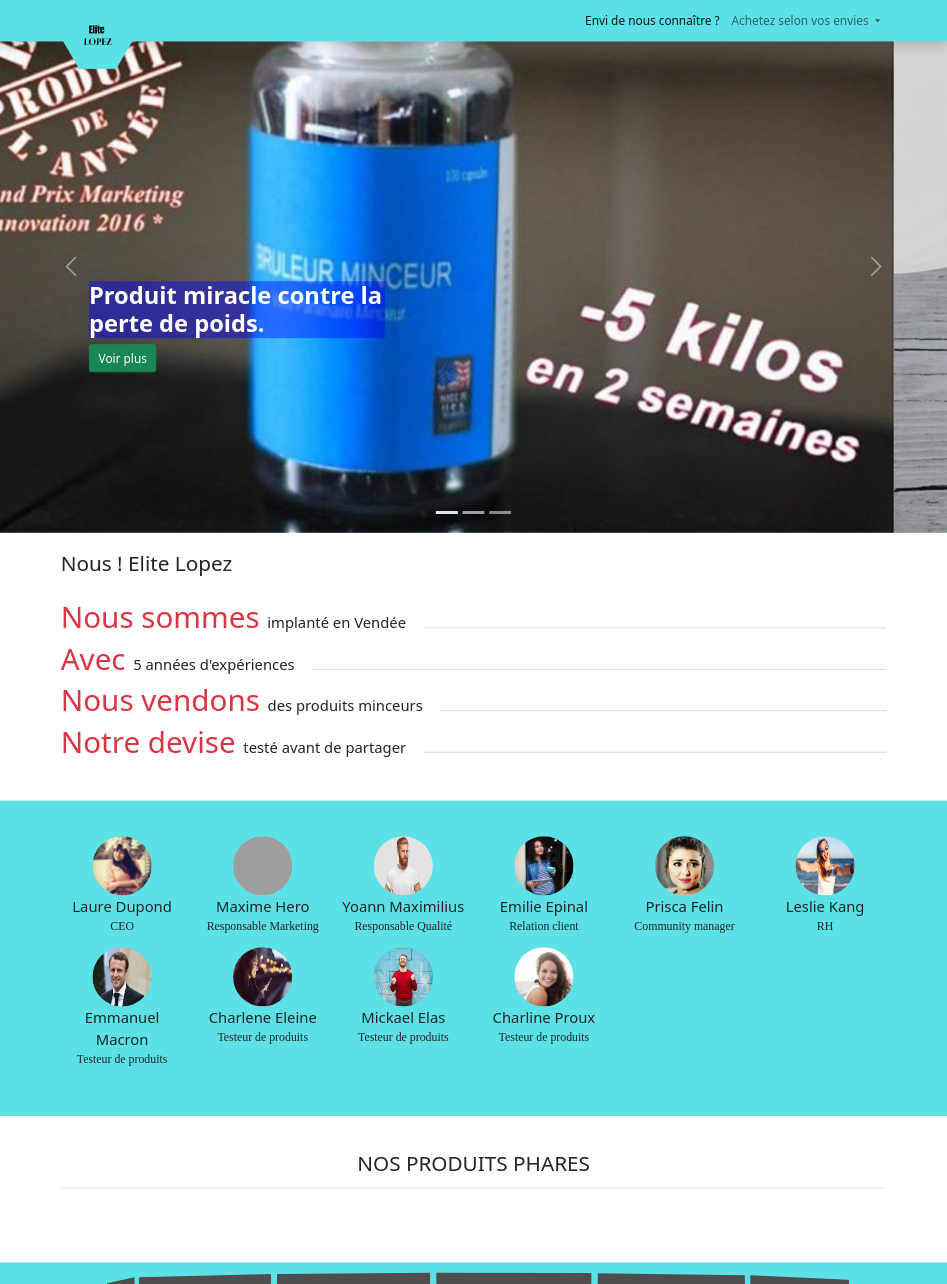
Repository: ypiard85/elitlopez
Page: index.html
An editor plug-in stored every save of this project. The page is shown before and after the next save, followed by the edit.
The browser window is 1280 px wide. The pictures show the part of the page from y = 0 to 1735 px (the page is 4165 px tall before and 4565 px after), at 74% of full size.
Pictures or frames that could not be fetched are drawn as grey boxes.

Above is the page before, as saved 2021-04-13 12:32:40.

### index.html
<!DOCTYPE html>
<html lang="en">
<head>
    <meta charset="UTF-8">
    <meta http-equiv="X-UA-Compatible" content="IE=edge">
    <meta name="viewport" content="width=device-width, initial-scale=1.0">
    <link rel="stylesheet" href="https://use.fontawesome.com/releases/v5.15.3/css/all.css" integrity="sha384-SZXxX4whJ79/gErwcOYf+zWLeJdY/qpuqC4cAa9rOGUstPomtqpuNWT9wdPEn2fk" crossorigin="anonymous">
    <link rel="stylesheet" href="asset/css/style.css">
    <link rel="stylesheet" href="asset/css/carousel.css">
    <script src="https://code.jquery.com/jquery-3.6.0.js" integrity="sha256-H+K7U5CnXl1h5ywQfKtSj8PCmoN9aaq30gDh27Xc0jk=" crossorigin="anonymous"></script>
    <!-- CSS only -->
<link href="https://cdn.jsdelivr.net/npm/bootstrap@5.0.0-beta3/dist/css/bootstrap.min.css" rel="stylesheet" integrity="sha384-eOJMYsd53ii+scO/bJGFsiCZc+5NDVN2yr8+0RDqr0Ql0h+rP48ckxlpbzKgwra6" crossorigin="anonymous">
    <title>Document</title>
</head>
<body>


    <nav class="navbar navbar-expand-lg navbar-light position-fixed w-100 shadow">
        <div class="container">
          <a class="navbar-brand" href="index.html">
              <img src="./asset/images/elitelopez.png" alt="">
          </a>
          <p class="navbar-toggler" type="button" data-bs-toggle="collapse" data-bs-target="#navbarNavDropdown" aria-controls="navbarNavDropdown" aria-expanded="false" aria-label="Toggle navigation">
            <span class="navbar-toggler-icon"></span>
          </p>
          <div class="collapse navbar-collapse" id="navbarNavDropdown">
            <ul class="navbar-nav">
              <li class="nav-item">
                <a class="nav-link active" aria-current="page" href="index.html">Envi de nous connaître ?</a>
              </li>
              <li class="nav-item dropdown">
                <a class="nav-link dropdown-toggle" href="#" id="navbarDropdownMenuLink" role="button" data-bs-toggle="dropdown" aria-expanded="false">
                    Achetez selon vos envies
                </a>
                <ul class="dropdown-menu" aria-labelledby="navbarDropdownMenuLink">
                  <li><a class="dropdown-item" href="nutrifii.html">Nutrifii</a></li>
                </ul>
              </li>
            </ul>
          </div>
        </div>
      </nav>



      <div id="carouselExampleIndicators" class="carousel slide" data-bs-ride="carousel">
        <div class="carousel-indicators">
          <button type="button" data-bs-target="#carouselExampleIndicators" data-bs-slide-to="0" class="active" aria-current="true" aria-label="Slide 1"></button>
          <button type="button" data-bs-target="#carouselExampleIndicators" data-bs-slide-to="1" aria-label="Slide 2"></button>
          <button type="button" data-bs-target="#carouselExampleIndicators" data-bs-slide-to="2" aria-label="Slide 3"></button>
        </div>
        <div class="carousel-inner">
          <div class="carousel-item active">
            <img src="./asset/images/3e2c87f607513b0adb15fb397ea247c5-1519918932.jpg" class="d-block w-100" alt="...">
            <div class="carousel-caption d-md-block">
                <h2>Produit miracle contre la perte de poids.</h2>
                <a href="#" class="btn btn-success ">Voir plus</a>
              </div>
        </div>
          <div class="carousel-item">
            <img src="./asset/images/anaca3_test_minceur_blog.jpg" class="d-block w-100" alt="...">
            <div class="carousel-caption d-md-block">
                <h2>Découvrez nos produit Anaga 3</h2>
                <a href="#" class="btn btn-primary">Voir plus</a>
              </div>
        </div>
          <div class="carousel-item">
            <img src="./asset/images/61HFRG-hiiL._AC_SX522_.jpg" class="d-block w-100" alt="...">
            <div class="carousel-caption d-md-block">
                <h2>NOUVEAU Produit minceur révolutionnaire</h2>
                <a href="#" class="btn btn-info">Voir plus</a>
              </div>
        </div>
        </div>
        <button class="carousel-control-prev" type="button" data-bs-target="#carouselExampleIndicators" data-bs-slide="prev">
          <span class="carousel-control-prev-icon" aria-hidden="true"></span>
          <span class="visually-hidden">Previous</span>
        </button>
        <button class="carousel-control-next" type="button" data-bs-target="#carouselExampleIndicators" data-bs-slide="next">
          <span class="carousel-control-next-icon" aria-hidden="true"></span>
          <span class="visually-hidden">Next</span>
        </button>
      </div>

      <div class="container">
          <section class="about">
              <h3 class="py-4">Nous ! Elite Lopez</h3>
            <div class="d-flex about_option">
                  <h1 class="text-danger pe-4">Nous sommes <span class="text-dark fs-5">implanté en Vendée</span></h1>
                  <div></div>
            </div>
            <div class="d-flex about_option">
                  <h1 class="text-danger pe-4">Avec <span class="text-dark fs-5">5 années d'expériences</span></h1>
                  <div></div>
            </div>
            <div class="d-flex about_option">
                  <h1 class="text-danger pe-4">Nous vendons <span class="text-dark fs-5">des produits minceurs</span></h1>
                  <div></div>
            </div>
            <div class="d-flex about_option">
                  <h1 class="text-danger pe-4">Notre devise  <span class="text-dark fs-5">testé avant de partager</span></h1>
                  <div></div>
            </div>
        </section>
    </div>

    <section class="employes_section container-fluid py-5 mt-5">
        <div class="container">
            <div class="row col-section">
                <div class="col-md-2 col-6">
                    <div class="employes">
                        <img src="./asset/images/f4813b77d573f89f265348264cd491d7.jpg" alt="">
                        <p class="fs-5 mb-0">Laure Dupond</p>
                        <p class="fonction">CEO</p>
                    </div>
                </div>
                <div class="col-md-2 col-6">
                    <div class="employes">
                        <img src="./asset/images/profile1.jpg" alt="">
                        <p class="fs-5 mb-0">Maxime Hero</p>
                        <p class="fonction">Responsable Marketing</p>
                    </div>
                </div>
                <div class="col-md-2 col-6">
                    <div class="employes">
                        <img src="./asset/images/profil2.jpg" alt="">
                        <p class="fs-5 mb-0">Yoann Maximilius</p>
                        <p class="fonction">Responsable Qualité</p>
                    </div>
                </div>
                <div class="col-md-2 col-6">
                    <div class="employes">
                        <img src="./asset/images/photo-profil.jpg" alt="">
                        <p class="fs-5 mb-0">Emilie Epinal</p>
                        <p class="fonction">Relation client</p>
                    </div>
                </div>
                <div class="col-md-2 col-6">
                    <div class="employes">
                        <img src="./asset/images/profil3.jpg" alt="">
                        <p class="fs-5 mb-0">Prisca Felin</p>
                        <p class="fonction">Community manager</p>
                    </div>
                </div>
                <div class="col-md-2 col-6">
                    <div class="employes">
                        <img src="./asset/images/profil4.jpg" alt="">
                        <p class="fs-5 mb-0">Leslie Kang</p>
                        <p class="fonction">RH</p>
                    </div>
                </div>
                <div class="col-md-2 col-6">
                    <div class="employes">
                        <img src="./asset/images/emmanuel-macron.jpeg" alt="">
                        <p class="fs-5 mb-0">Emmanuel Macron</p>
                        <p class="fonction">Testeur de produits</p>
                    </div>
                </div>
                <div class="col-md-2 col-6">
                    <div class="employes">
                        <img src="./asset/images/profil5.jpg" alt="">
                        <p class="fs-5 mb-0">Charlene Eleine</p>
                        <p class="fonction">Testeur de produits</p>
                    </div>
                </div>
                <div class="col-md-2 col-6">
                    <div class="employes">
                        <img src="./asset/images/profil6.jpg" alt="">
                        <p class="fs-5 mb-0">Mickael Elas</p>
                        <p class="fonction">Testeur de produits</p>
                    </div>
                </div>
                <div class="col-md-2 col-6">
                    <div class="employes">
                        <img src="./asset/images/profil7.jpg" alt="">
                        <p class="fs-5 mb-0">Charline Proux</p>
                        <p class="fonction">Testeur de produits</p>
                    </div>
                </div>
            </div>
        </div>
    </section>


    <section class="container">
        <h3 class="border-bottom text-center pt-5 pb-3">NOS PRODUITS PHARES</h3>

        <div class="container-carousel">
            <div class="carousel-two">
                <div class="carousel__face"><span>This is something</span></div>
                <div class="carousel__face"><span>Very special</span></div>
                <div class="carousel__face"><span>Special is the key</span></div>
                <div class="carousel__face"><span>For you</span></div>
                <div class="carousel__face"><span>Just give it</span></div>
                <div class="carousel__face"><span>A try</span></div>
                <div class="carousel__face"><span>And see</span></div>
                <div class="carousel__face"><span>How IT Works</span></div>
                <div class="carousel__face"><span>Woow</span></div>
            </div>
        </div>

    </section>

    <section class="actu">
        <div class="container">
            <h3 class="border-bottom text-center pt-5 pb-3">NOS DERNIERS ACTUALITES</h3>

            <div class="row mt-5">
                <div class="col-md-4">
                    <div class="card">
                        <ul class="list-group list-group-flush">
                            <li class="list-group-item title text-center fw-bold fs-3">Partenariat commerciale</li>
                            <li class="list-group-item py-5">Aujourd'hui lors de notre invitation à l'évènement
                                Blue - beauty, nous avons signer un nouveau partenariat avec l'entreprise JS-Main, pour promouvoir leurs produits </li>
                            <li class="list-group-item date text-center fw-bold">10 Avril 2021</li>
                        </ul>
                    </div>
                </div>
                <div class="col-md-4">
                    <div class="card">
                        <ul class="list-group list-group-flush">
                            <li class="list-group-item title text-center fw-bold fs-3">Recrutement<li>
                            <li class="list-group-item py-5">
                                Nous organisons un job dating le 11 mai 2021
                                afin de renforcer notre équipe.
                                <br><br>
                                Lieux : Salle des fêtes de la roche sur yon
                            </li>
                            <li class="list-group-item date text-center fw-bold">7 Avril 2021</li>
                        </ul>
                    </div>
                </div>
                <div class="col-md-4">
                    <div class="card">
                        <ul class="list-group list-group-flush">
                            <li class="list-group-item title text-center fw-bold fs-3">COVID 19</li>
                            <li class="list-group-item py-5">
                                Pendant cette période difficile,
                                sachez, cher clients, que nous restons mobilisé à vos côtés
                            </li>
                            <li class="list-group-item date text-center fw-bold">24 Janvier 2020</li>
                        </ul>
                    </div>
                </div>
            </div>

        </div>

    </section>


    <section class="insta">
        <div class="container">
            <h3 class="border-bottom text-center pt-5 pb-3">INSTAGRAM</h3>
            <div class="row mt-5">
                <div class="col-md-6 mb-4">
                    <a href="https://www.instagram.com/yoann_piard/?hl=fr">
                        <img class="shadow" src="./asset/images/insta.jpg" alt="">
                    </a>
                </div>
                <div class="col-md-6 mb-4">
                    <a href="https://www.instagram.com/yoann_piard/?hl=fr"></a>
                        <img class="shadow"  src="./asset/images/insta2.jpg" alt="">
                    </a>
                </div>
                <div class="col-md-12 mb-4 text-center">
                    <a href="https://www.instagram.com/yoann_piard/?hl=fr">
                        <img class="shadow"  src="./asset/images/insta3.jpg" alt="">
                    </a>

                </div>
            </div>
        </div>
    </section>

    <section class="contact">
        <div class="container">
            <div class="row mt-5">
                <div class="col-md-6 mb-4">
                    <h3 class="border-bottom text-center mb-5">CONTACT</h3>
                    <form action="">
                        <div class="mb-3">
                            <input type="text" class="form-control" id="exampleFormControlInput1" placeholder="Nom - Prenom">
                          </div>
                        <div class="mb-3">
                            <input type="email" class="form-control" id="exampleFormControlInput1" placeholder="votre@email.fr">
                          </div>
                        <div class="mb-3">
                            <input type="tel" class="form-control" id="exampleFormControlInput1" placeholder="tel : 0210411020">
                          </div>
                          <div class="mb-3">
                            <textarea class="form-control" id="exampleFormControlTextarea1" placeholder="Votre message" rows="5"></textarea>
                          </div>
                          <div class="mb-3">
                              <button type="submit" class="btn btn-success">Envoyer</button>
                          </div>
                    </form>
                </div>
                <div class="col-md-6">
                    <ul class="mb-3">
                        <li class="mb-3"><i class="fas fa-map-marker-alt"></i> 4, rue de l'empereur 85000, La Roche Sur Yon </li>
                        <li class="mb-3"><i class="fas fa-phone-alt"></i> <a href="tel: 0251412150">0251412150</a></li>
                        <li><i class="fas fa-envelope-open"></i><a href="mailto: notre@email.fr">notre@email.fr</a></li>
                    </ul>
                    <iframe src="https://www.google.com/maps/embed?pb=!1m18!1m12!1m3!1d87616.5487160848!2d-1.486221799516516!3d46.665922581543136!2m3!1f0!2f0!3f0!3m2!1i1024!2i768!4f13.1!3m3!1m2!1s0x48042f866dcec62b%3A0x40d37521e09b270!2s85000%20La%20Roche-sur-Yon!5e0!3m2!1sfr!2sfr!4v1618301670710!5m2!1sfr!2sfr"  style="border:0;" allowfullscreen="" loading="lazy"></iframe>
                </div>
            </div>
        </div>
    </section>

    <footer class="container-fluid mt-5">
        <img class="mb-3" src="./asset/images/elitelopez.png" alt="">
        <div class="mentions">
            <a href="">copyright </a>
            <span>-</span>
            <a href="">mentions légales</a>
            <span>-</span>
            <a href="">politique de confidentialités</a>

        </div>
</footer>

<!-- JavaScript Bundle with Popper -->
<script src="https://cdnjs.cloudflare.com/ajax/libs/materialize/1.0.0/js/materialize.min.js"></script>

<script src="https://cdn.jsdelivr.net/npm/bootstrap@5.0.0-beta3/dist/js/bootstrap.bundle.min.js" integrity="sha384-JEW9xMcG8R+pH31jmWH6WWP0WintQrMb4s7ZOdauHnUtxwoG2vI5DkLtS3qm9Ekf" crossorigin="anonymous"></script>
<script src="./asset/js/app.js"></script>
</body>
</html>

### asset/css/style.css
:root{
    --bg-blue-light: #5CE1E6;
}



/***
NAV BAR
***/

*{
    list-style: none;
}

a{
    text-decoration: none!important;
}

nav{
    background-color: var(--bg-blue-light)!important;
    z-index: 1000;
}

.navbar-toggler{
    border: none!important;
}

.dropdown-menu {
    border:none!important;
    background-color: white!important;
}

nav img{
    width: 100px;
    position: absolute;
    top: 0;
}

.navbar-collapse{
    flex-grow: 0!important;
}


/*CAROUSEL*/


.carousel-caption{
    padding-bottom: 0!important;
    top: 50%;
}

.carousel-caption h2{
    color: white;
    background: rgba(0, 0, 255, 0.425);
    font-weight: bold;
    text-align: left;
    max-width: 400px;
}

.carousel-caption a{
    float: left;
}


.carousel-two .carousel-inner .carousel-item img{
    width: 180px;
    height: 180px;
    margin: auto;
}

.carousel-two{
    height: 300px!important;
    width: 500px;
    margin: auto;
    max-width: 100%;
}

.carousel-two .carousel-control-next-icon{
    background-color: var(--bg-blue-light);
    border-radius: 50%;
    box-shadow: 0 0 5px black;
}

.carousel-two .carousel-control-prev-icon{
    background-color: var(--bg-blue-light);
    box-shadow: 0 0 5px black;
    border-radius: 50%;
}

.carousel-two .carousel-indicators  button{
    background-color: blue!important;
    height: 4px!important;
}

.carousel-two span{
    color: black!important;
}

/*ABOUt*/

.about_option{
    align-items: baseline;
}

.about_option div{
    height: 1px;
    background-color: rgba(128, 128, 128, 0.377);
    flex: 1;
}

.about_option span{
    width: 300px;
    max-width: 100%;
}

.employes img{
    width: 80px;
    height: 80px;
    border-radius: 50%;
}

.col-section > div{
    align-self: flex-start;
}

.employes_section, .actu{
    background-color: var(--bg-blue-light);
}


.employes{
    text-align: center;
}

.employes .fonction{
    font-family: 'Mv Boli';
}


/*ACTU*/

.card .title{
    background-image: url('../images/rectangle.png');
    background-repeat: no-repeat;
    background-size: cover;
    background-position: bottom;
    height: 150px;
    color: white;
}

.card .date{
    background-image: url('../images/rectangle.png');
    background-repeat: no-repeat;
    background-size: cover;
    background-position: top;
    height: 50px;
    color: white;
}

.actu .card{
    margin-bottom: 20px;
}

.actu .list-group-item{
    border: none;
}

/*insta*/

.insta img{
    max-width: 100%;
}

.contact iframe{
    width: 100%;
   min-height: 250px;
}

.contact ul{
    padding: 0;
}

.contact i{
    font-size: 1.5em;
    color: blue;
    margin-right: 10px;
}

.contact a{
    text-decoration: none;
    color: black;
}

footer img{
    width: 70px;
}

footer{
    display: flex;
    flex-direction: column;
    justify-content: center;
    align-items: center;
    padding: 50px 0;
    background-color: blue;
    color: white;
}

footer a {
    color: white;
}



/*
product
*/

.products img{
    width: 300px;
    max-width: 100%;
    justify-self: center;
}

.desc{
    width: 500px;
    max-width: 100%;
}

@media screen and (max-width: 991px){
    .navbar-nav{
        padding-top: 40px!important;
    }
}

@media screen and (max-width: 410px){
    .about_option h1{
        display: flex;
        flex-direction: column;
    }

    .about_option span{
        text-align: center;
    }

    .about_option div{
        display: none;
    }
}

@media screen and (min-width: 768px){
    .insta{
        margin-top: 150px;
    }

    .actu{
        height: 60vh;
    }


}

@media screen and (max-width: 768px){
    .actu{
        height: 100%;
    }
}

### asset/css/carousel.css
.container-carousel{
    position: relative;
    width: 320px;
    margin: 100px auto 100px auto;
    perspective: 1000px;
}


  .carousel-two {
    position: absolute;
    width: 100%;
    height: 100%;
    transform-style: preserve-3d;
    animation: rotate360 60s infinite forwards linear;
  }
  .carousel__face {
    position: absolute;
    width: 300px;
    height: 187px;
    top: 20px;
    left: 10px;
    right: 10px;
    background-size: cover;
    box-shadow:inset 0 0 0 2000px rgba(0,0,0,0.5);
    display: flex;
  }

 .carousel__face span {
    margin: auto;
    font-size: 2rem;
  }


  .carousel__face:nth-child(1) {
    background-image: url("https://images.pexels.com/photos/1141853/pexels-photo-1141853.jpeg?auto=compress&cs=tinysrgb&dpr=2&h=750&w=1260");
    transform: rotateY(  0deg) translateZ(430px); }
  .carousel__face:nth-child(2) {
    background-image: url("https://images.pexels.com/photos/1258865/pexels-photo-1258865.jpeg?auto=compress&cs=tinysrgb&dpr=2&h=750&w=1260");
      transform: rotateY( 40deg) translateZ(430px); }
  .carousel__face:nth-child(3) {
    background-image: url("https://images.pexels.com/photos/808466/pexels-photo-808466.jpeg?auto=compress&cs=tinysrgb&dpr=2&h=750&w=1260");
    transform: rotateY( 80deg) translateZ(430px); }
  .carousel__face:nth-child(4) {
    background-image: url("https://images.pexels.com/photos/1394841/pexels-photo-1394841.jpeg?auto=compress&cs=tinysrgb&dpr=2&h=750&w=1260");
    transform: rotateY(120deg) translateZ(430px); }
  .carousel__face:nth-child(5) {
    background-image: url("https://images.pexels.com/photos/969679/pexels-photo-969679.jpeg?auto=compress&cs=tinysrgb&dpr=2&h=750&w=1260");
   transform: rotateY(160deg) translateZ(430px); }
  .carousel__face:nth-child(6) {
    background-image: url("https://images.pexels.com/photos/1834400/pexels-photo-1834400.jpeg?auto=compress&cs=tinysrgb&dpr=2&h=750&w=1260");
   transform: rotateY(200deg) translateZ(430px); }
  .carousel__face:nth-child(7) {
    background-image: url("https://images.pexels.com/photos/1415268/pexels-photo-1415268.jpeg?auto=compress&cs=tinysrgb&dpr=2&h=750&w=1260");
   transform: rotateY(240deg) translateZ(430px); }
  .carousel__face:nth-child(8) {
    background-image: url("https://images.pexels.com/photos/135018/pexels-photo-135018.jpeg?auto=compress&cs=tinysrgb&dpr=2&h=750&w=1260");
    transform: rotateY(280deg) translateZ(430px); }
  .carousel__face:nth-child(9) {
    background-image: url("https://images.pexels.com/photos/1175135/pexels-photo-1175135.jpeg?auto=compress&cs=tinysrgb&dpr=2&h=750&w=1260");
    transform: rotateY(320deg) translateZ(430px); }



  @keyframes rotate360 {
    from {
      transform: rotateY(0deg);
    }
    to {
      transform: rotateY(-360deg);
    }
  }

### asset/js/app.js
$("input[type=radio]").on('change', function() {
    $('body').toggleClass('blue');
  });

After the next save:
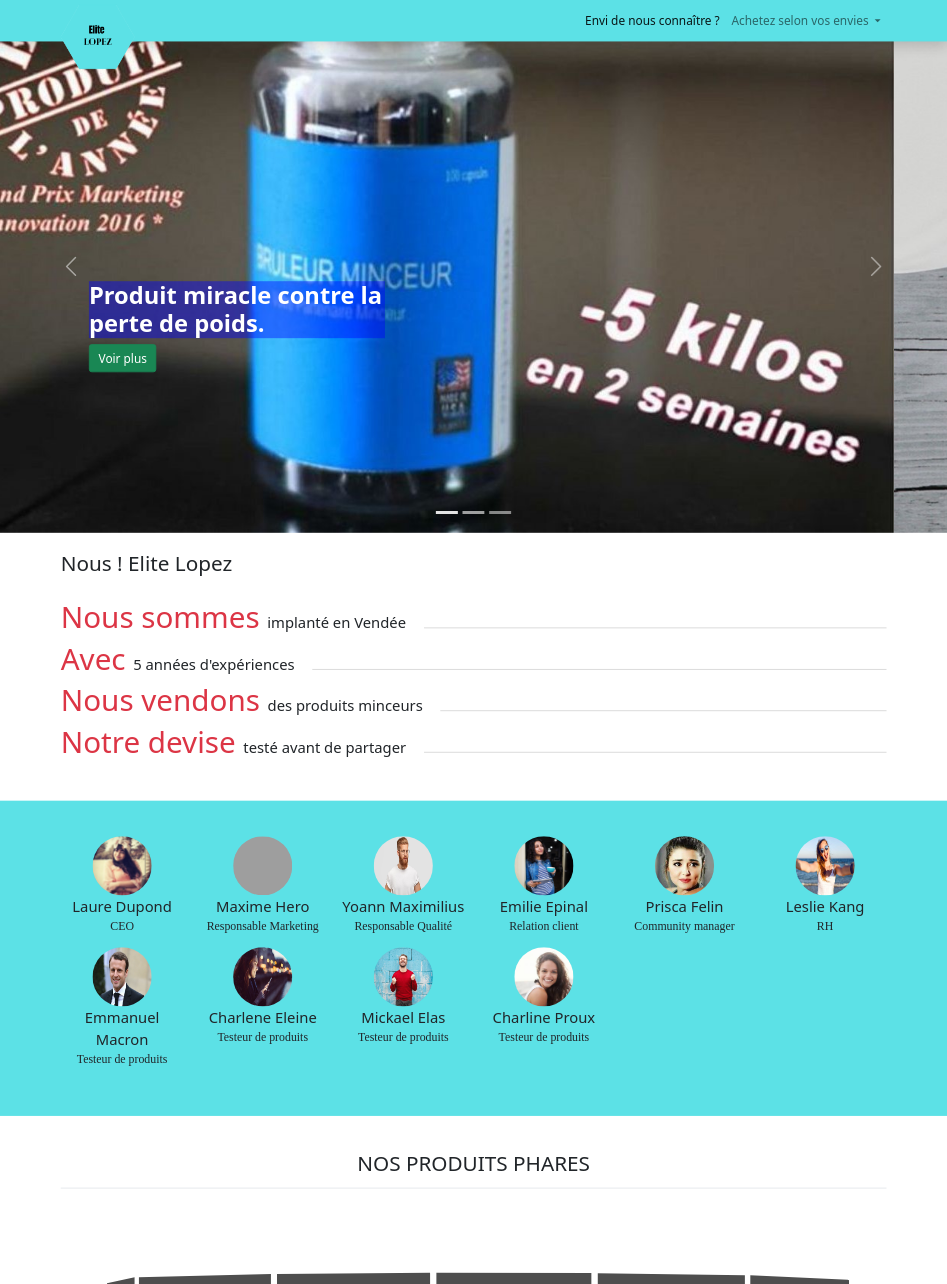
Saved 7 s later.
--- a/asset/css/carousel.css
+++ b/asset/css/carousel.css
@@ -1,7 +1,7 @@
 .container-carousel{
     position: relative;
     width: 320px;
-    margin: 100px auto 100px auto;
+    margin: 100px auto 500px auto;
     perspective: 1000px;
 }
 
